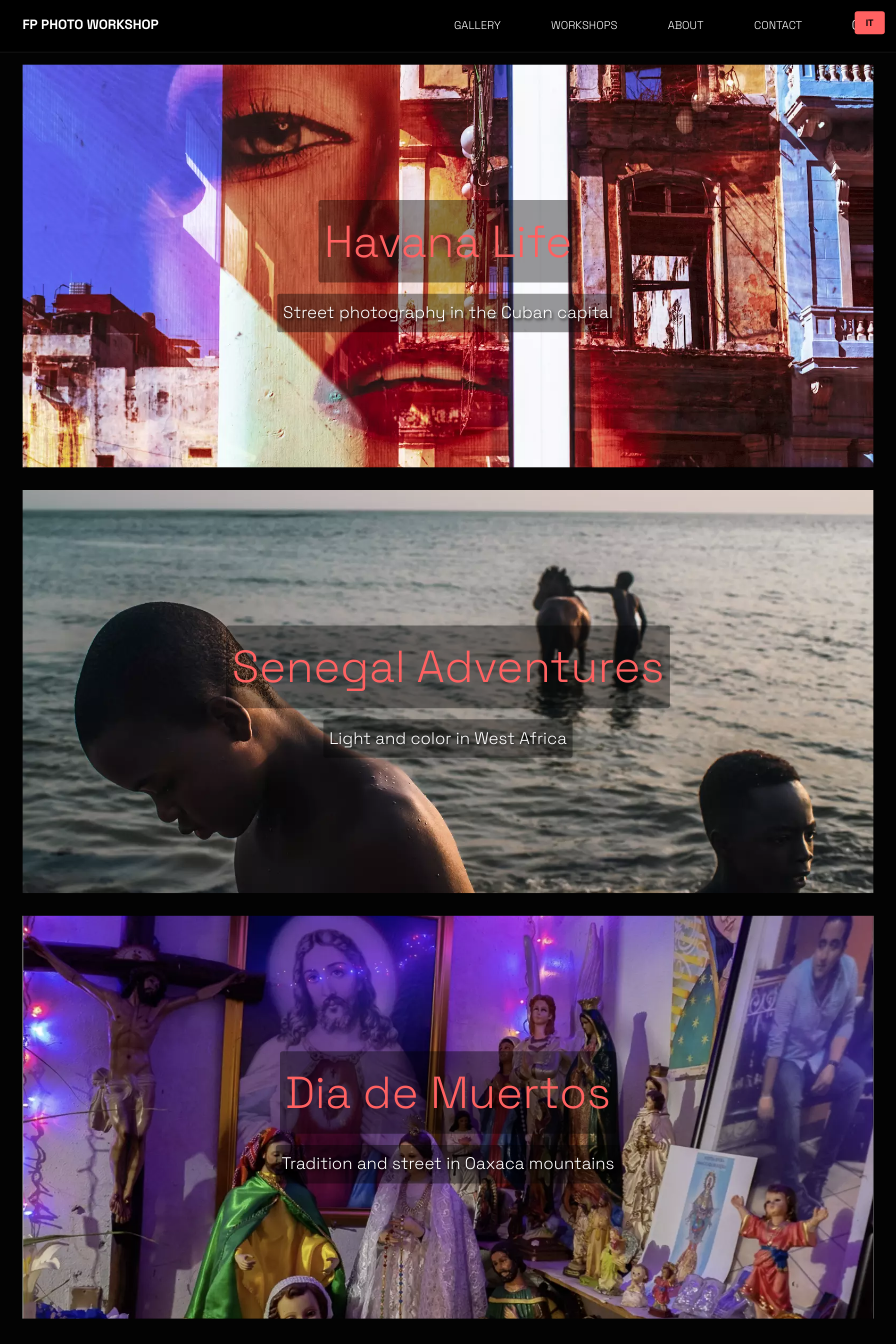
Repository: philipkdpavkia/photo-auto
Page: index.html
These files come from the project's save history. The page is drawn as it stood at one moment and after the next save; the edit follows.
The browser window is 1280 px wide. The pictures show the part of the page from y = 0 to 1920 px (the page is 4068 px tall), at 70% of full size.

Above is the page before, as saved 2024-11-16 20:07:18.
Console error: SyntaxError: Identifier 'currentLang' has already been declared

After the next save:
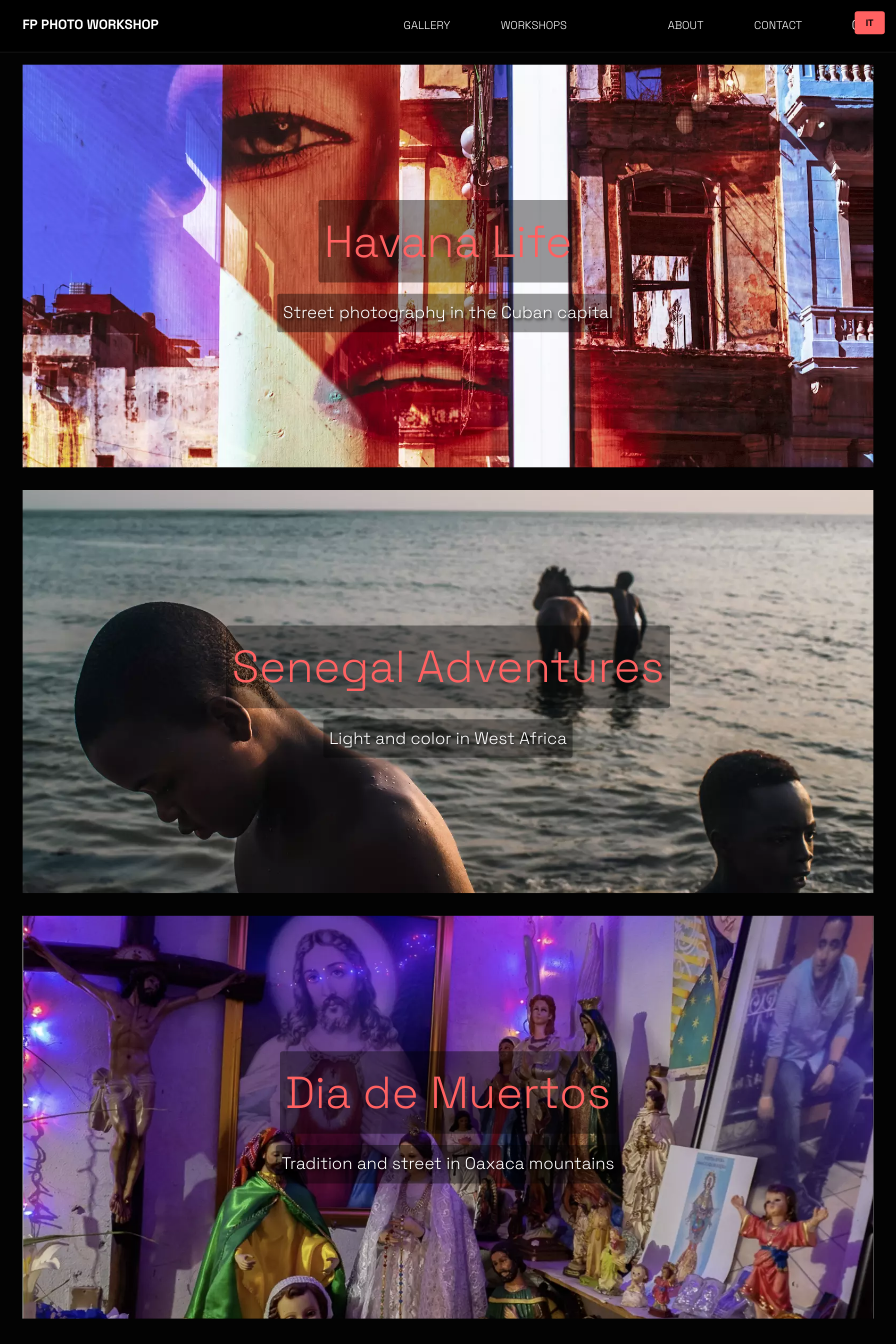
Saved 6 min 11 s later.
--- a/index.html
+++ b/index.html
@@ -44,7 +44,7 @@
      <a href="/workshop/index.html">
       Workshops
      </a>
-     <!-- Modificato qui -->
+     <a href="/workshop/index.html"></a>
      <a href="#about">
       About
      </a>
